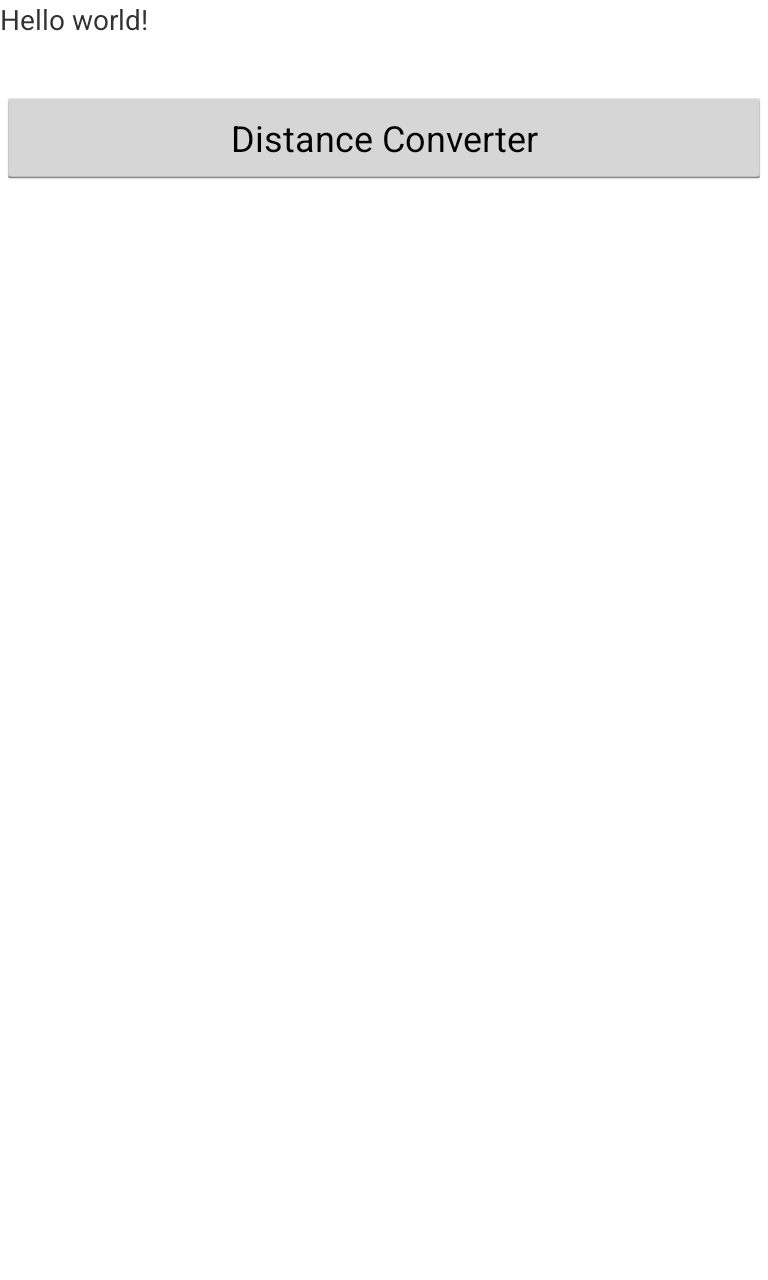
Repository: hellokathy/6300Fallahortin3
Layout: 6300Fall14Assignment4/res/layout/activity_main.xml
These files come from the project's save history. The layout is drawn as it stood at one moment and after the next save; the edit follows.
It is drawn on a 768 x 1280 px phone screen (xhdpi) without system bars, with theme AppTheme; the app's code is not run.

Above is the layout before, as saved 2014-09-25 01:34:50.

After the next save:
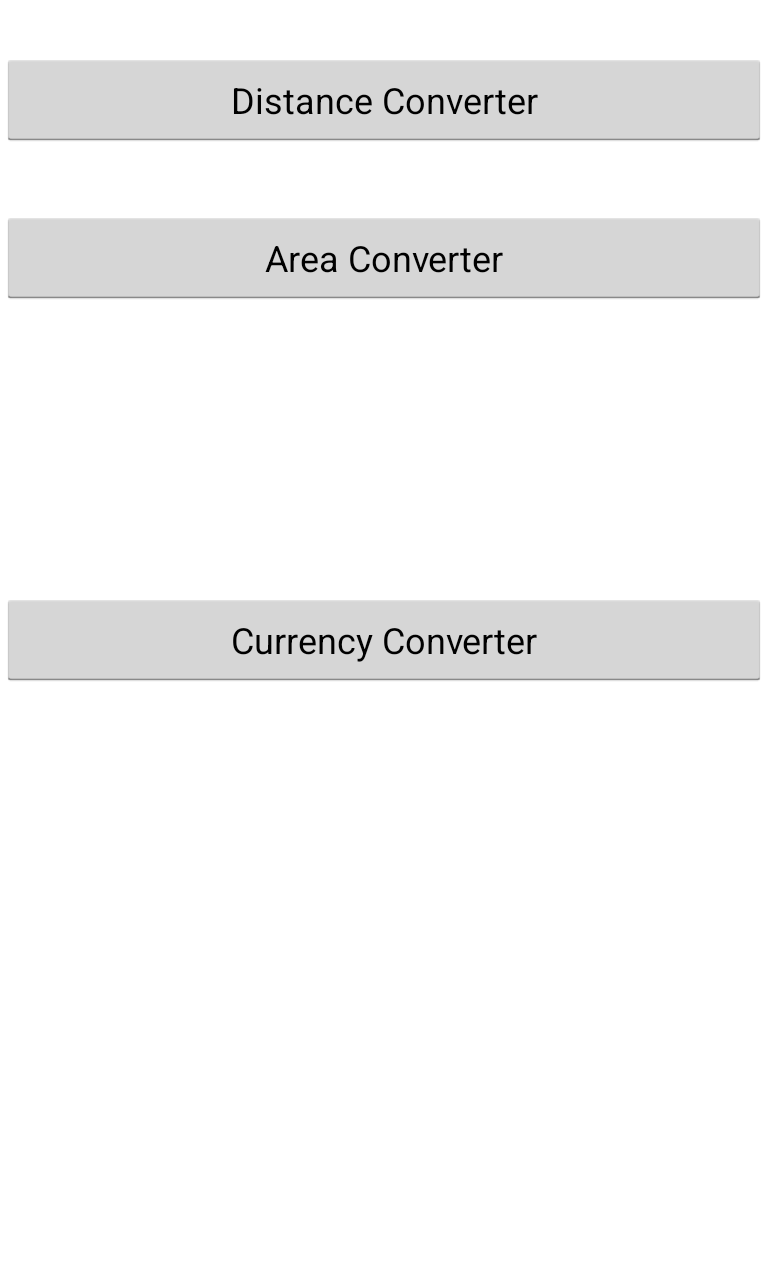
Saved 48 s later.
--- a/6300Fall14Assignment4/res/layout/activity_main.xml
+++ b/6300Fall14Assignment4/res/layout/activity_main.xml
@@ -3,12 +3,6 @@
     android:layout_width="match_parent"
     android:layout_height="match_parent"
     tools:context="${packageName}.${activityClass}" >
-
-    <TextView
-        android:id="@+id/textView1"
-        android:layout_width="wrap_content"
-        android:layout_height="wrap_content"
-        android:text="@string/hello_world" />
 
     <Button
         android:id="@+id/button1"
@@ -19,4 +13,21 @@
         android:layout_marginTop="26dp"
         android:text="Distance Converter" />
 
+    <Button
+        android:id="@+id/Button01"
+        android:layout_width="match_parent"
+        android:layout_height="wrap_content"
+        android:layout_alignParentLeft="true"
+        android:layout_below="@+id/button1"
+        android:layout_marginTop="31dp"
+        android:text="Area Converter" />
+
+    <Button
+        android:id="@+id/Button02"
+        android:layout_width="match_parent"
+        android:layout_height="wrap_content"
+        android:layout_alignParentLeft="true"
+        android:layout_centerVertical="true"
+        android:text="Currency Converter" />
+
 </RelativeLayout>
